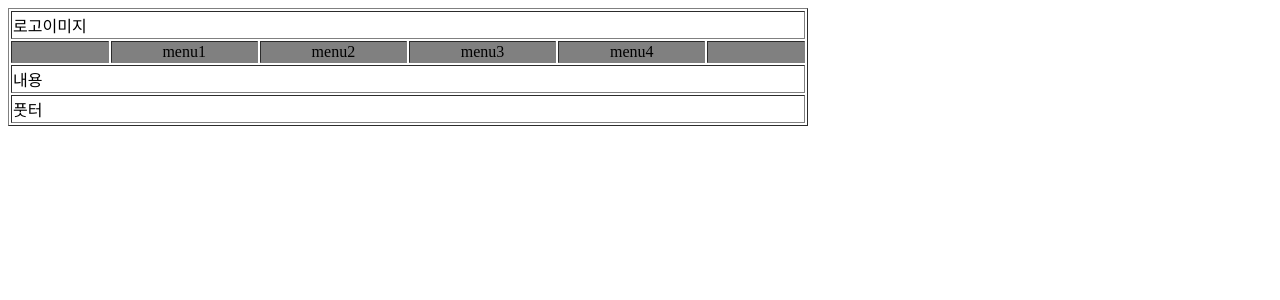
Repository: hwa3845/fullstackjava
Page: http://localhost/web02/
An editor plug-in stored every save of this project. The page is shown before and after the next save, followed by the edit.
The browser window is 1280 px wide. The pictures show the whole page.
The page is served by Tomcat 9.

Above is the page before, as saved 2025-04-15 05:56:04.

After the next save:
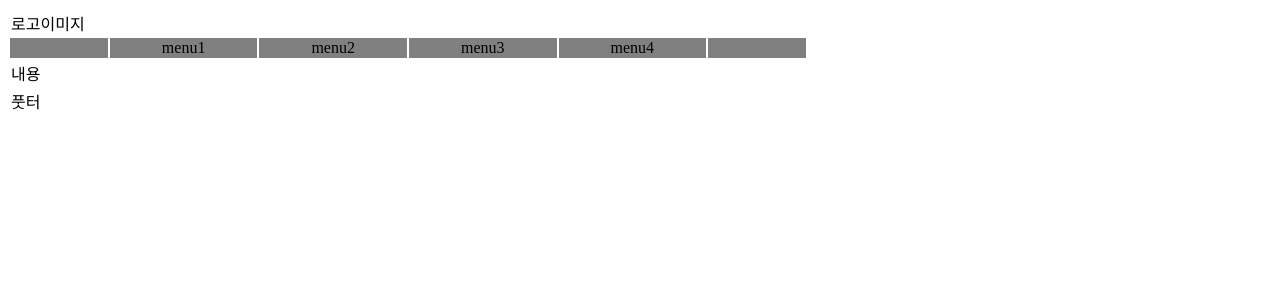
Saved 40 s later.
--- a/webWorkspace/web02/WebContent/index.jsp
+++ b/webWorkspace/web02/WebContent/index.jsp
@@ -7,7 +7,7 @@
 <title>Insert title here</title>
 </head>
 <body>
-<table width="800" border="1">
+<table width="800" border="0">
 	<tr>
 		<td colspan="6">로고이미지</td>
 	</tr>
